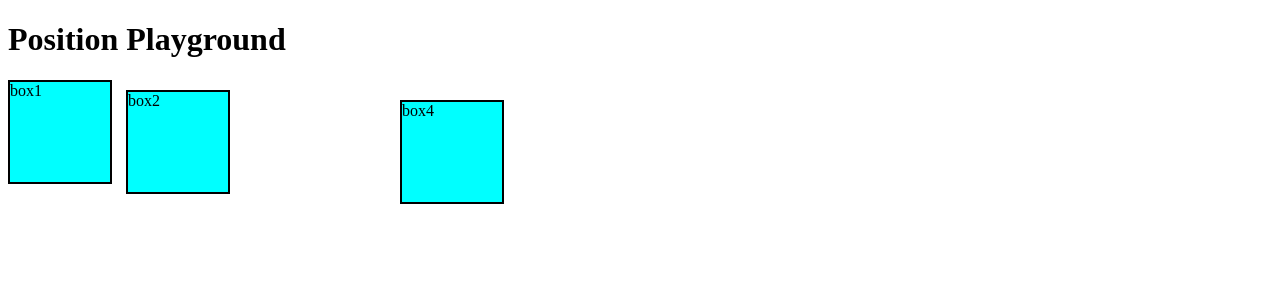
Repository: rakeshkolpepatil/CSS_Apana_College
Page: index.html
An editor plug-in stored every save of this project. The page is shown before and after the next save, followed by the edit.
The browser window is 1280 px wide. The pictures show the whole page.

Above is the page before, as saved 2023-06-23 17:51:03.

### index.html
<!DOCTYPE html>
<html lang="en">
<head>
  <meta charset="UTF-8">
  <meta name="viewport" content="width=device-width, initial-scale=1.0">
  <title>Position Property in CSS</title>
  <link rel="stylesheet" href="styleFive.css"/>
</head>
<body>
  <h1> Position Playground</h1>
    <div id="box1"> box1 </div>
    <div id="box2"> box2 </div>
    <div id="box3"> box3 </div>
    <div id="box4"> box4 </div>
</body>
</html>

### styleFive.css
div{
  height: 100px;
  width: 100px;
  background-color:aqua;
  border: 2px solid black;
  display: inline-block;
}

/*

1) The 'static' property is the default property for an html element. In this property Top, Bottom, Left, Right and z-index has no effect.

2) The 'relative' property sets element relative to its default position. The top, right, bottom, left and z-index properties will work with this position.

3) The 'absolute' property positions relative to its closest non-staticly positioned ancestor and the element is removed from the flow.

4) The 'fixed' property positions the element relative to the browser instead of closest non-staticly positioned ancestor as in the case of 'absolute' property and element is removed from the flow.

5)
*/

#box1{
  position: static;
}
#box2{
  position: relative;
  top: 10px;
  left: 10px;
}
#box3{
  position: absolute;
  top: 100px;
  left: 400px;
}
#box4{
  position: fixed;
  top: 100px;
  left: 400px;
}

After the next save:
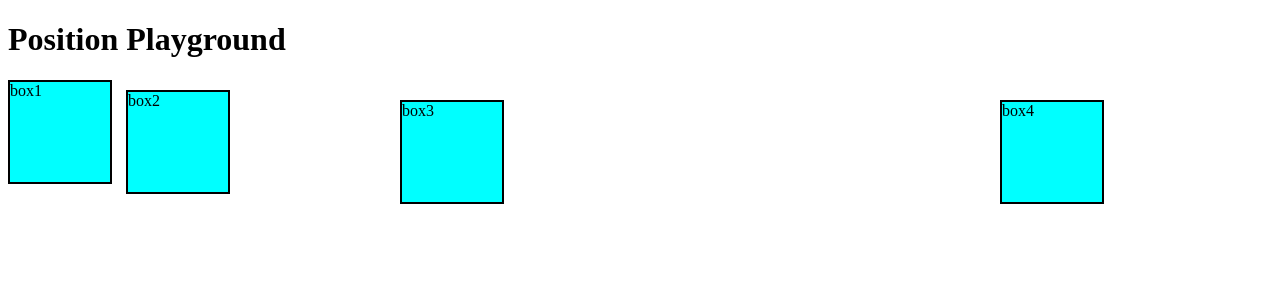
Saved 19 s later.
--- a/styleFive.css
+++ b/styleFive.css
@@ -35,5 +35,5 @@ div{
 #box4{
   position: fixed;
   top: 100px;
-  left: 400px;
+  left: 1000px;
 }
